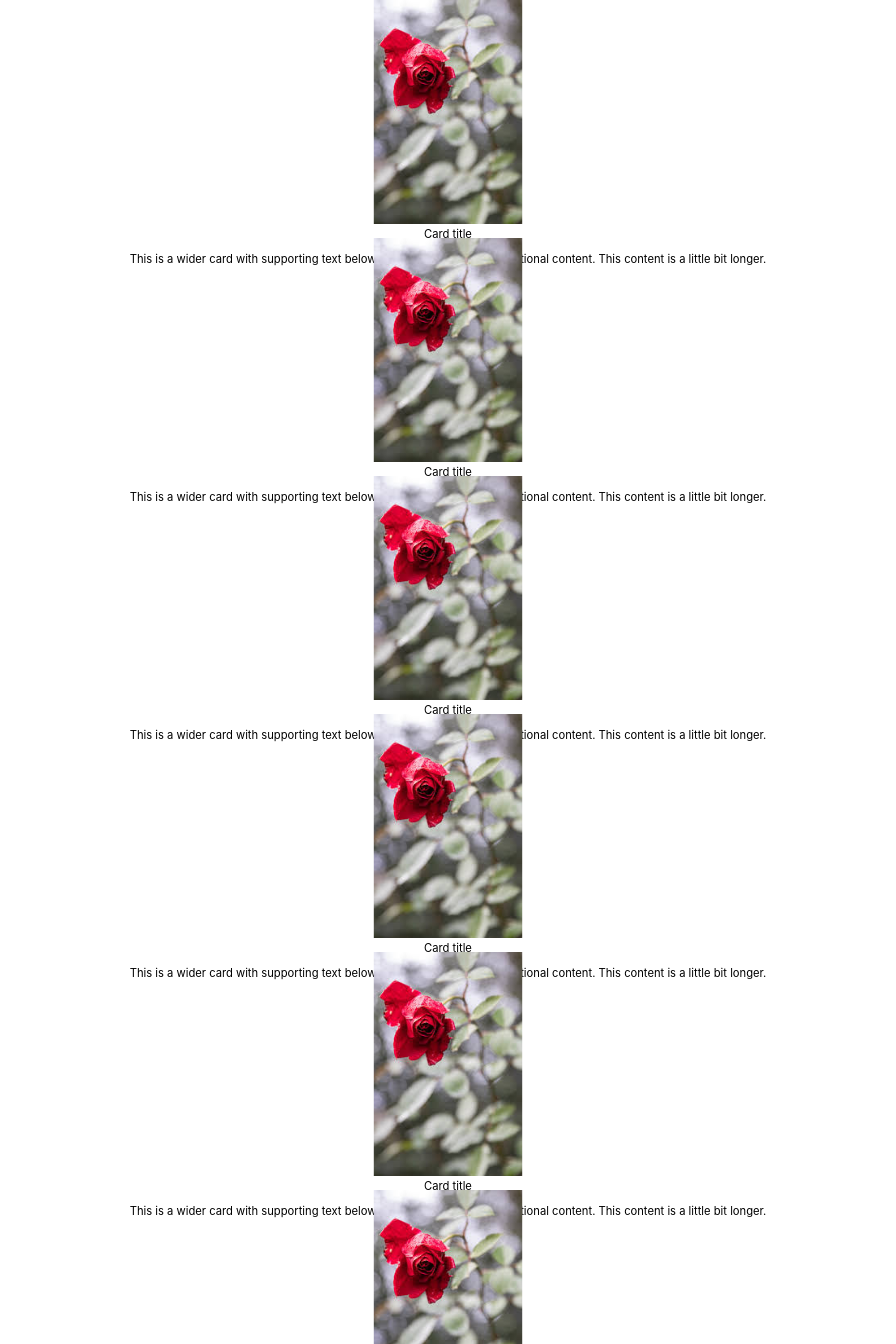
Repository: vakharia5/Preview
Page: /
These files come from the project's save history. The page is drawn as it stood at one moment and after the next save; the edit follows.
The browser window is 1280 px wide. The pictures show the part of the page from y = 0 to 1920 px (the page is 2760 px tall before and 2724 px after), at 70% of full size.
The project was rebuilt for these pictures with package versions that can differ from the ones it lists, and the page was loaded fresh each time.

Above is the page before, as saved 2020-06-22 14:16:27.

After the next save:
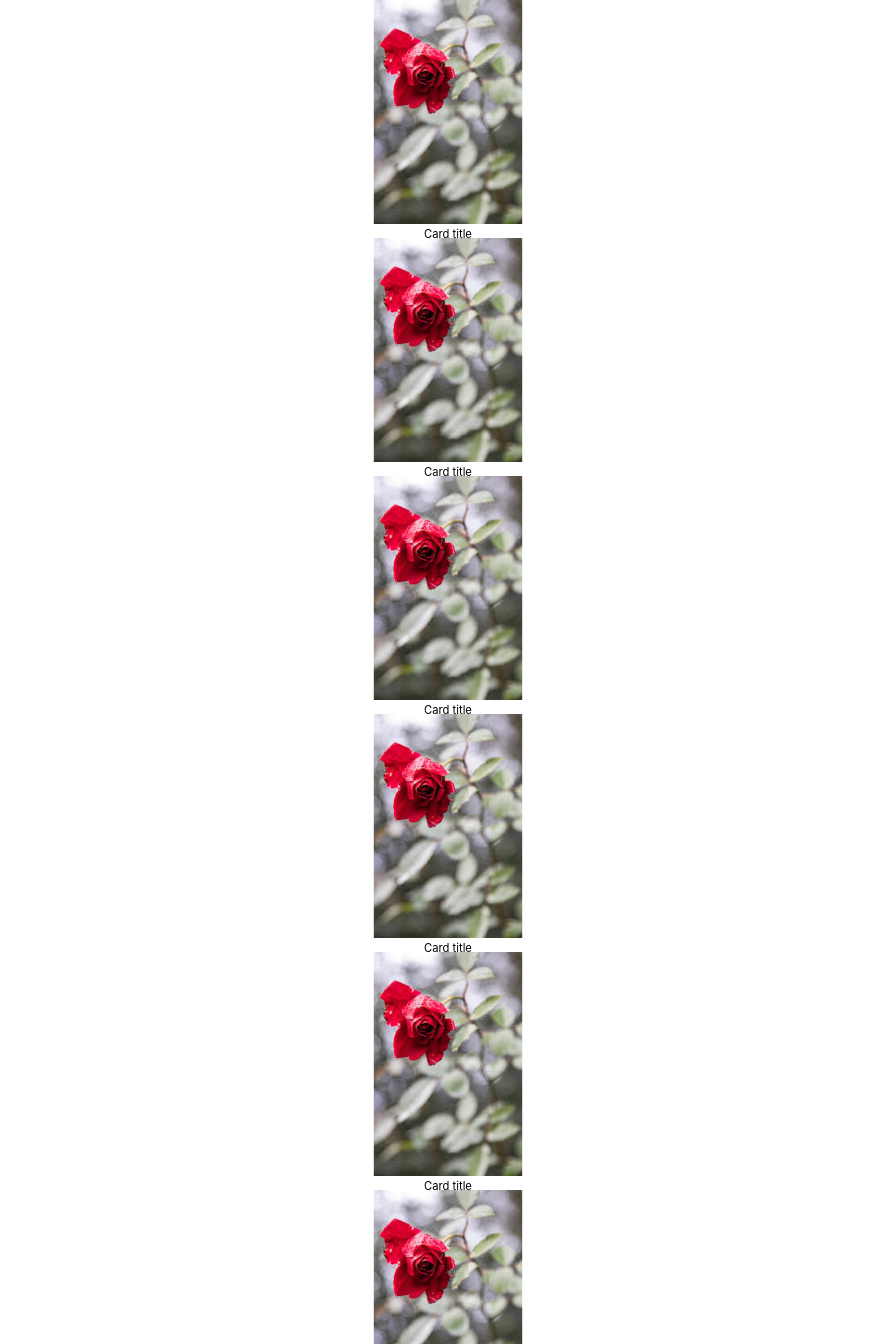
Saved 65 s later.
--- a/src/components/CardList.js
+++ b/src/components/CardList.js
@@ -15,8 +15,7 @@ class CardList extends Component {
   <Card.ImgOverlay>
     <Card.Title>Card title</Card.Title>
     <Card.Text>
-    This is a wider card with supporting text below as a natural lead-in to
-      additional content. This content is a little bit longer.
+   {this.props.data}
     </Card.Text>
   </Card.ImgOverlay>
 </Card>
